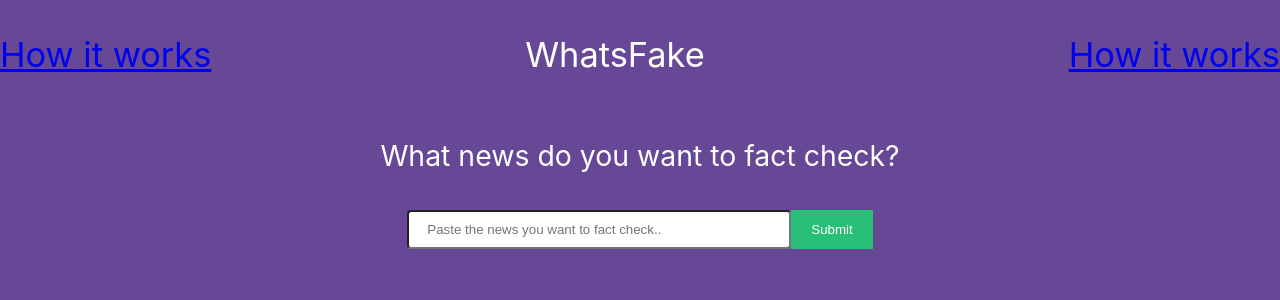
Repository: alkalox/FakeNews
Page: /
The author's editor kept a copy of each file at every save. The page is drawn from the files as they stood at one save, then again after the next save.
The browser window is 1280 px wide. The pictures show the whole page.
The project was rebuilt for these pictures with package versions that can differ from the ones it lists, and the page was loaded fresh each time.

Above is the page before, as saved 2019-04-23 19:52:21.

After the next save:
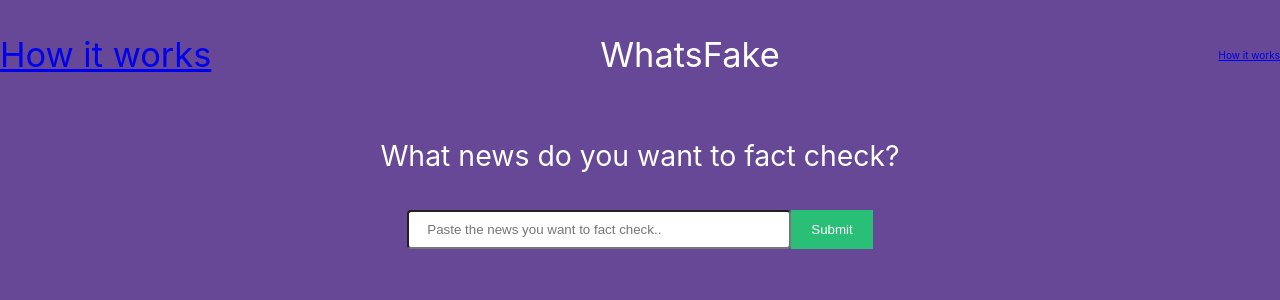
Saved 16 s later.
--- a/src/App.css
+++ b/src/App.css
@@ -18,6 +18,7 @@
 
 .left {
   padding-left: 50px;
+  font-size: 10px;
 }
 .input {
   width: 30%;
